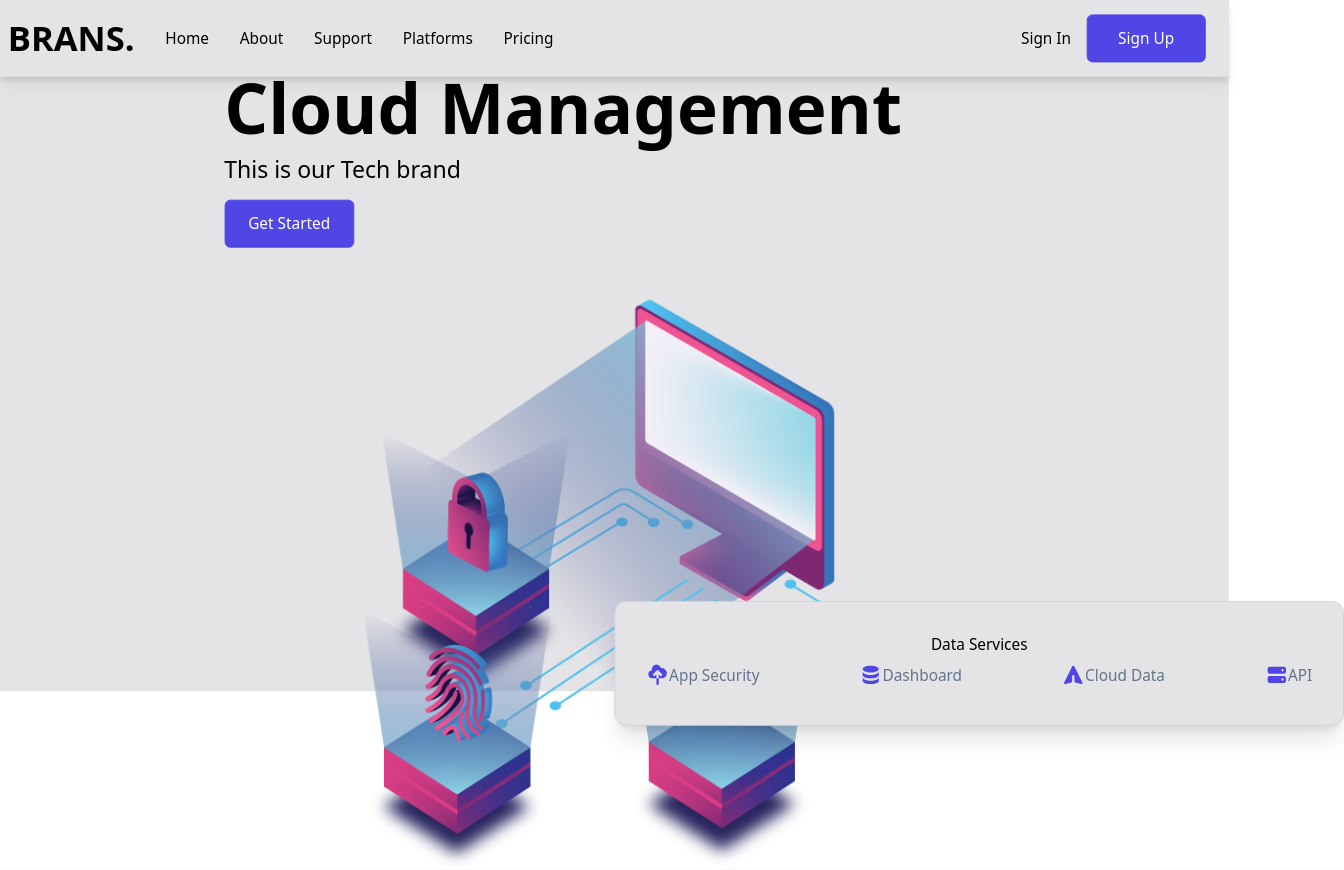
Repository: adrcstro/react-project-2
Page: /
The author's editor kept a copy of each file at every save. The page is drawn from the files as they stood at one save, then again after the next save.
The browser window is 1280 px wide. The page is 1400 px wide, then 1280 px, so the pictures cover 1400 px, including what lies to the right of the window. The pictures show the whole page, at 96% of full size.
The project was rebuilt for these pictures with package versions that can differ from the ones it lists, and the page was loaded fresh each time.

Above is the page before, as saved 2024-08-15 15:00:18.

### src/index.js
import React from 'react';
import ReactDOM from 'react-dom/client';
import './index.css';
import App from './App';

const root = ReactDOM.createRoot(document.getElementById('root'));
root.render(

    <App />

);

### src/index.css
@tailwind base;
@tailwind components;
@tailwind utilities;

@layer base{
    li{
       @apply p-4
    }
    button{
        @apply text-white border bg-indigo-600 border-indigo-600
        hover:bg-transparent hover:text-indigo-600 rounded-md
    }
}

### src/App.js
import Hero from "./components/Hero";
import Navbar from "./components/Navbar";



function App() {
  return (
    <>
<Navbar/>
<Hero/>
    </>

  );
}

export default App;

### src/components/Hero.jsx
import React from 'react'
import {
  CloudUploadIcon,
  DatabaseIcon,
  PaperAirplaneIcon,
  ServerIcon,
} from '@heroicons/react/solid'

import bgImg from '../assets/cyber-bg.png'

function Hero() {
  return (
    <div className='w-full h-screen bg-zinc-200 flex flex-col justify-between'>
<div className='grid md:grid-col-2 max-w-[1240px] m-auto'>
       <div className='flex flex-col justify-center md:items-start w-full px-2 py-8'>
        <p className='text-2xl'>Unique Sequencing & Production</p>
        <h1 className='py-3 text-5xl md:text-7xl font-bold'>Cloud Management</h1>
        <p className='text-2xl'>This is our Tech brand</p>
        <button className='py-3 px-6 sm-[60%] my-4 '>Get Started</button>
       </div>
       <div>
    <img className='w-full' src={bgImg} alt='/' />
       </div>
<div className='absolute flex flex-col py-8 md:min-w-[760px] bottom-[-5%] mx-1 md:left-1/2
transform md:-translate-x-1 bg-zinc-200 border border-slate-300 rounded-xl text-center shadow-xl '>
  <p>Data Services</p>
  <div className='flex justify-between flex-wrap px-4'>
    <p className='flex px-4 py-2 text-slate-500'><CloudUploadIcon className='h-6 text-indigo-600' /> App Security</p>
    <p className='flex px-4 py-2 text-slate-500'><DatabaseIcon className='h-6 text-indigo-600' /> Dashboard</p>
    <p className='flex px-4 py-2 text-slate-500'><PaperAirplaneIcon className='h-6 text-indigo-600' /> Cloud Data</p>
    <p className='flex px-4 py-2 text-slate-500'><ServerIcon className='h-6 text-indigo-600' /> API</p>
  </div>
</div>




</div>
    </div>
  )
}

export default Hero

### src/components/Navbar.jsx
import React ,{useState} from 'react'
import {MenuIcon, XIcon} from '@heroicons/react/outline'

function Navbar() {

const [nav, setNav] = useState(false)
const handleClick = () => setNav(!nav)



  return (
    <div className='w-screen h-[80px] z-10 bg-zinc-200 fixed drop-shadow-lg'>
    <div className='px-2 flex justify-between items-center  w-full h-full'>
<div className='flex items-center'>
  <h1 className='text-3xl font-bold mr-4 sm:text-4xl'>BRANS.</h1>
  <ul className='hidden  md:flex'>
<li>Home</li>
<li>About</li>
<li>Support</li>
<li>Platforms</li>
<li>Pricing</li>
  </ul>
</div>
<div className='hidden md:flex pr-4'>
  <button className='border-none bg-transparent text-black mr-4'>Sign In</button>
  <button className='px-8 py-3'>Sign Up</button>
</div>

    <div  className='md:hidden' onClick={handleClick}>
    {!nav ? <MenuIcon className="w-5"/> : <XIcon className='w-5'/>}

    </div>
    </div>
<ul className={!nav ? 'hidden' : 'absolute bg-zinc-200 w-full px-8'}>
<li className='border-b-2 border-zinc-300 w-full'>Home</li>
<li className='border-b-2 border-zinc-300 w-full'>About</li>
<li className='border-b-2 border-zinc-300 w-full'>Support</li>
<li className='border-b-2 border-zinc-300 w-full'>Platforms</li>
<li className='border-b-2 border-zinc-300 w-full'>Pricing</li>
<div className='flex flex-col my-4'>
<button className='bg-transparent  text-indigo-600 px-8 py-3 mb-4'>Sign In</button>
<button className='px-8 py-3'>Sign Up</button>
</div>
</ul>

    </div>

  )
}

export default Navbar

Loaded but not shown: public/index.html (common file); tailwind.config.js (common file)

After the next save:
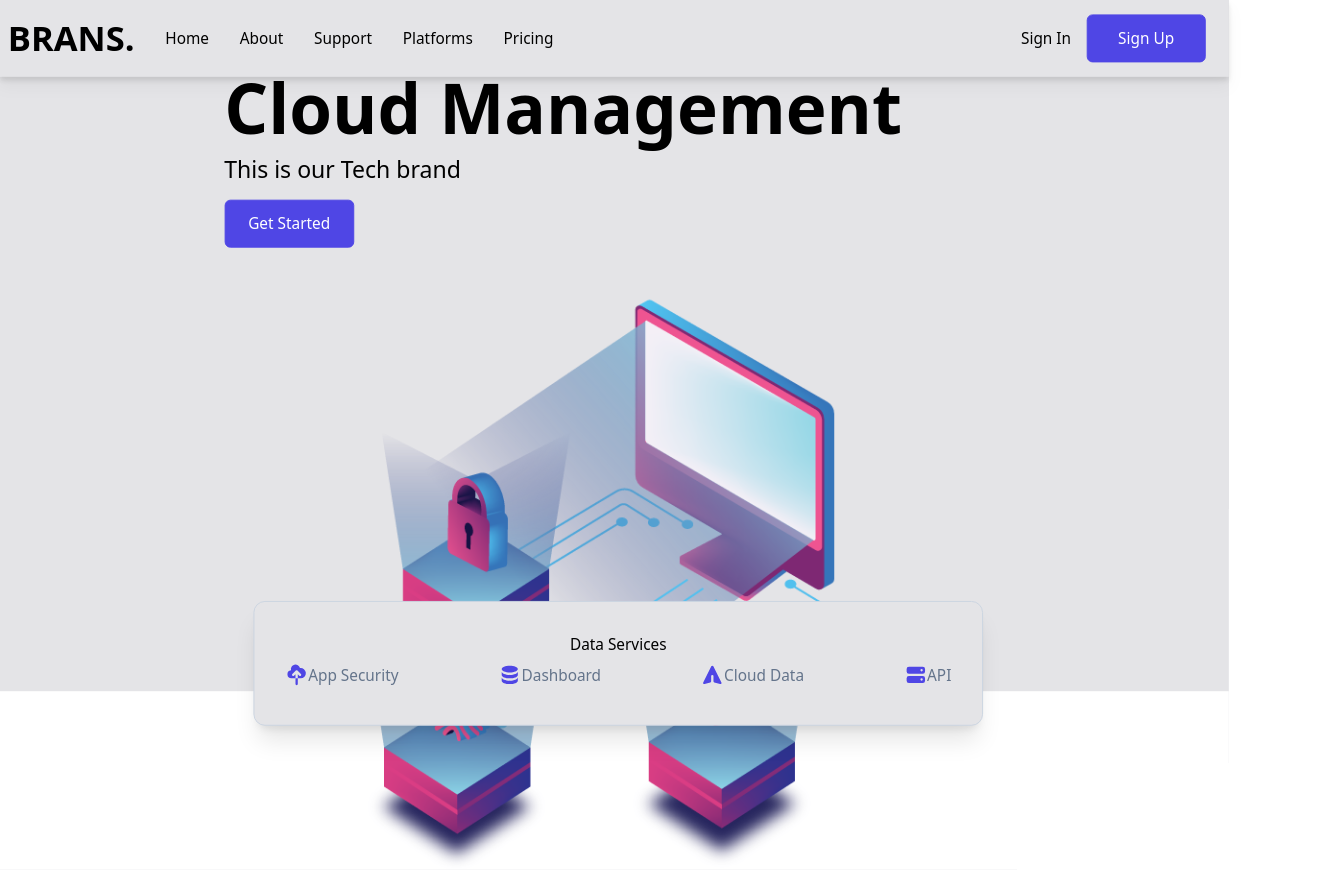
Saved 4 min 58 s later.
--- a/src/components/Hero.jsx
+++ b/src/components/Hero.jsx
@@ -22,7 +22,7 @@ function Hero() {
     <img className='w-full' src={bgImg} alt='/' />
        </div>
 <div className='absolute flex flex-col py-8 md:min-w-[760px] bottom-[-5%] mx-1 md:left-1/2
-transform md:-translate-x-1 bg-zinc-200 border border-slate-300 rounded-xl text-center shadow-xl '>
+transform md:-translate-x-1/2 bg-zinc-200 border border-slate-300 rounded-xl text-center shadow-xl '>
   <p>Data Services</p>
   <div className='flex justify-between flex-wrap px-4'>
     <p className='flex px-4 py-2 text-slate-500'><CloudUploadIcon className='h-6 text-indigo-600' /> App Security</p>
